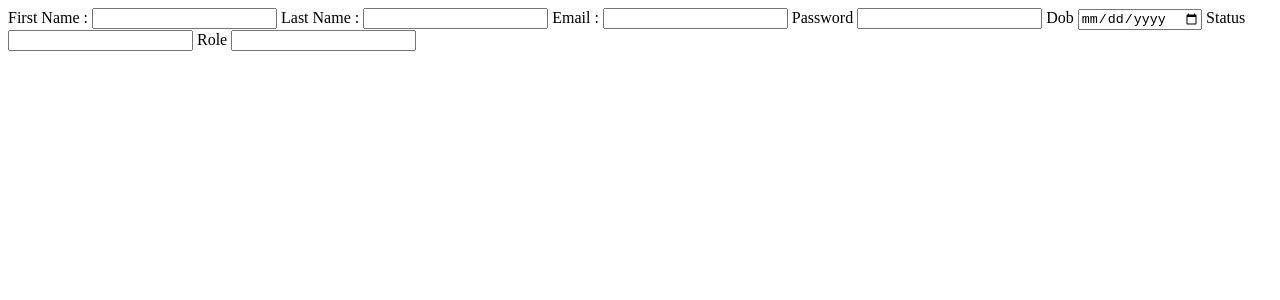
Repository: bhageshchincholi/AdvanceJava
Page: Election/Election/webcontent/Register.html
These files come from the project's save history. The page is drawn as it stood at one moment and after the next save; the edit follows.
The browser window is 1280 px wide. The pictures show the whole page.

Above is the page before, as saved 2024-06-08 18:58:16.

### Election/Election/webcontent/Register.html
<!DOCTYPE html>
<html>
<head>
<meta charset="ISO-8859-1">
<title>New User Register</title>
</head>
<body>
	<form method="post" action="register">
		<label>First Name : </label>
		<input type="text" name="firstName" />

		<label>Last Name : </label>
		<input type="text" name="lastName"/>

		<label>Email : </label>
		<input type="email" name="email"/>

		<label>Password </label>
		<input type="password" name="password"/>

		<label>Dob</label>
		<input type="date" name="dob"/>

		<label>Status</label>
		<input type="text" name="status"/>

		<label>Role </label>
		<input type="text" name="role">
	</form>

</body>
</html>

After the next save:
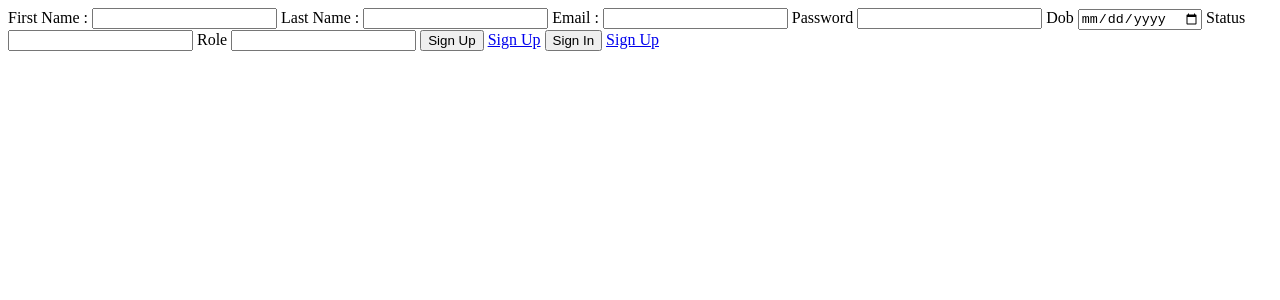
Saved 66 s later.
--- a/Election/Election/webcontent/Register.html
+++ b/Election/Election/webcontent/Register.html
@@ -26,6 +26,12 @@
 
 		<label>Role </label>
 		<input type="text" name="role">
+
+		<input type="submit" value="Sign Up"/>
+		<a href="Register.html">Sign Up</a>
+
+		<input type="submit" value="Sign In"/>
+		<a href="index.html">Sign Up</a>
 	</form>
 
 </body>
